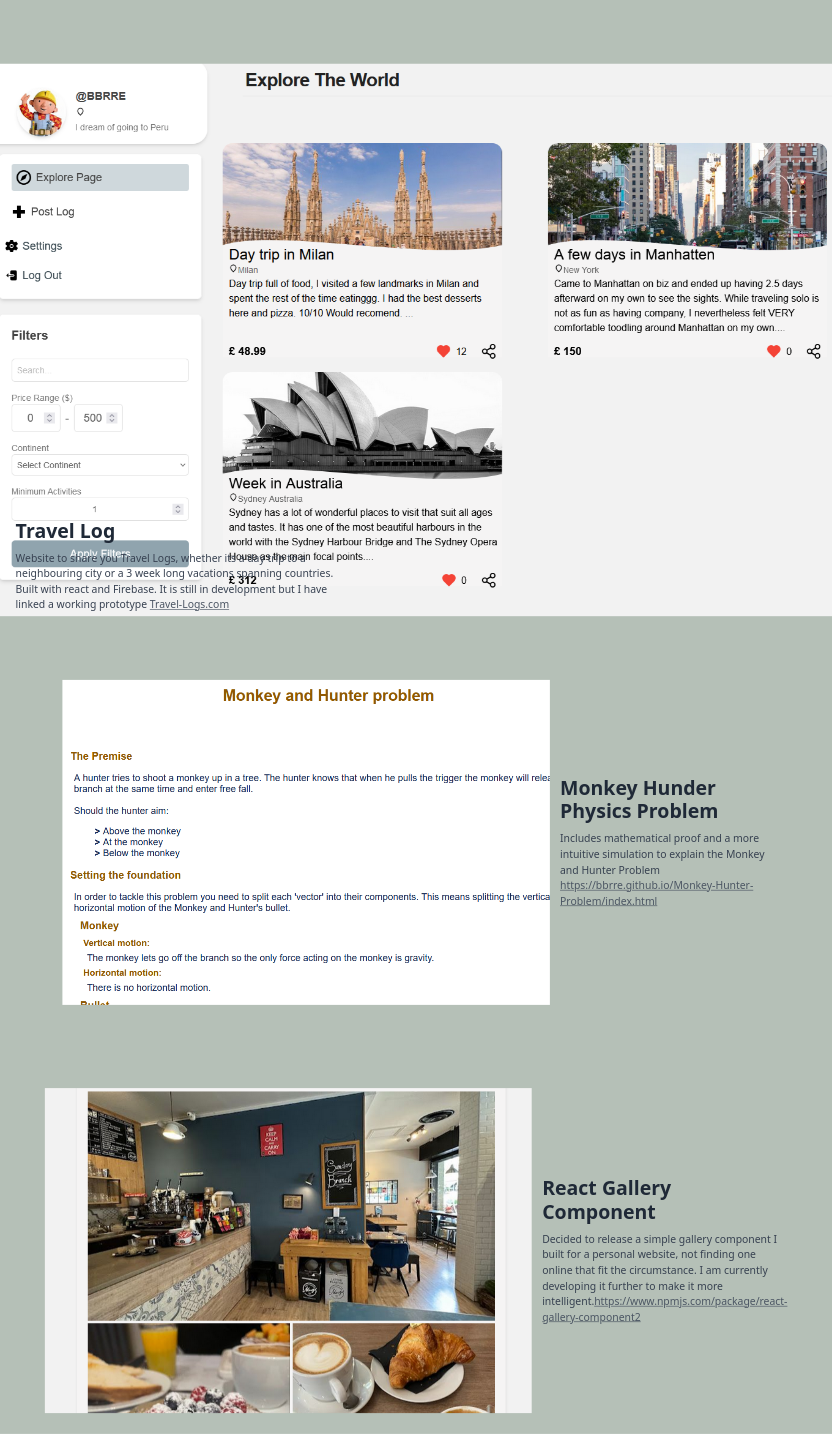
Repository: BBRRE/Portfolio-V2
Page: /#/Computer-Sci
These files come from the project's save history. The page is drawn as it stood at one moment and after the next save; the edit follows.
The browser window is 1280 px wide. The pictures show the whole page, at 65% of full size.
Some web fonts or font styles are not loaded; a fallback is used. The project was rebuilt for these pictures with package versions that can differ from the ones it lists, and the page was loaded fresh each time. Also part of the build but not shown: vite.config.js, src/Subjects/Archi.jsx, src/Subjects/EEng.jsx, src/Subjects/Other.jsx, src/Projects Overview.jsx, src/HomePage.jsx, src/ErrorBoundary.jsx.

Above is the page before, as saved 2024-11-29 09:09:25.

After the next save:
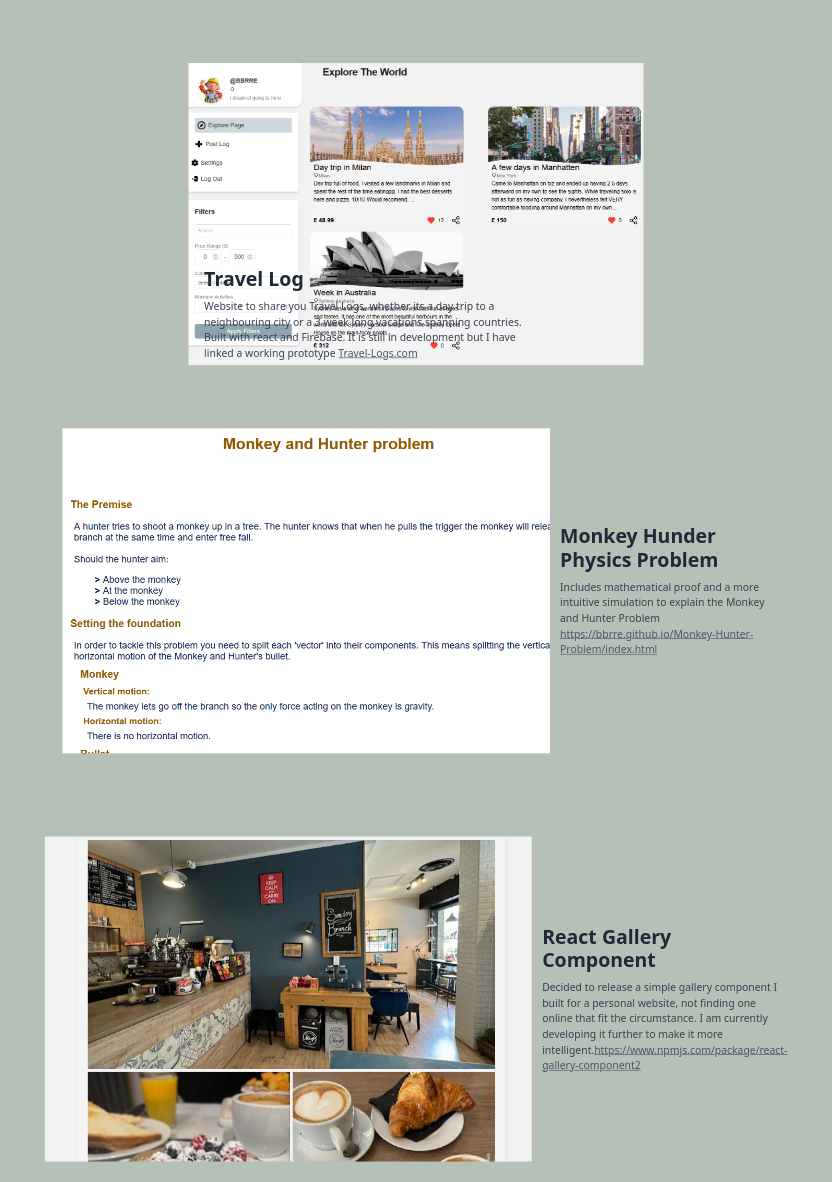
Saved 13 s later.
--- a/src/Subjects/CompSci.jsx
+++ b/src/Subjects/CompSci.jsx
@@ -6,7 +6,7 @@ import tr from '../assets/tra.png'
 const CompSci = () => {
   return (
     <div className='bg-[#B5C0B7] w-full h-auto min-h-screen grid grid-cols-1'>
-      <div className='relative mx-auto mt-24'>
+      <div className='relative mx-auto mt-24 w-[700px]'>
         <img src={cs} />
         <div className=" absolute bottom-2 left-2 flex flex-col ml-4 gap-3 justify-center">
           <h2 className=" text-left text-xl md:text-2xl lg:text-3xl font-semibold text-gray-800">
